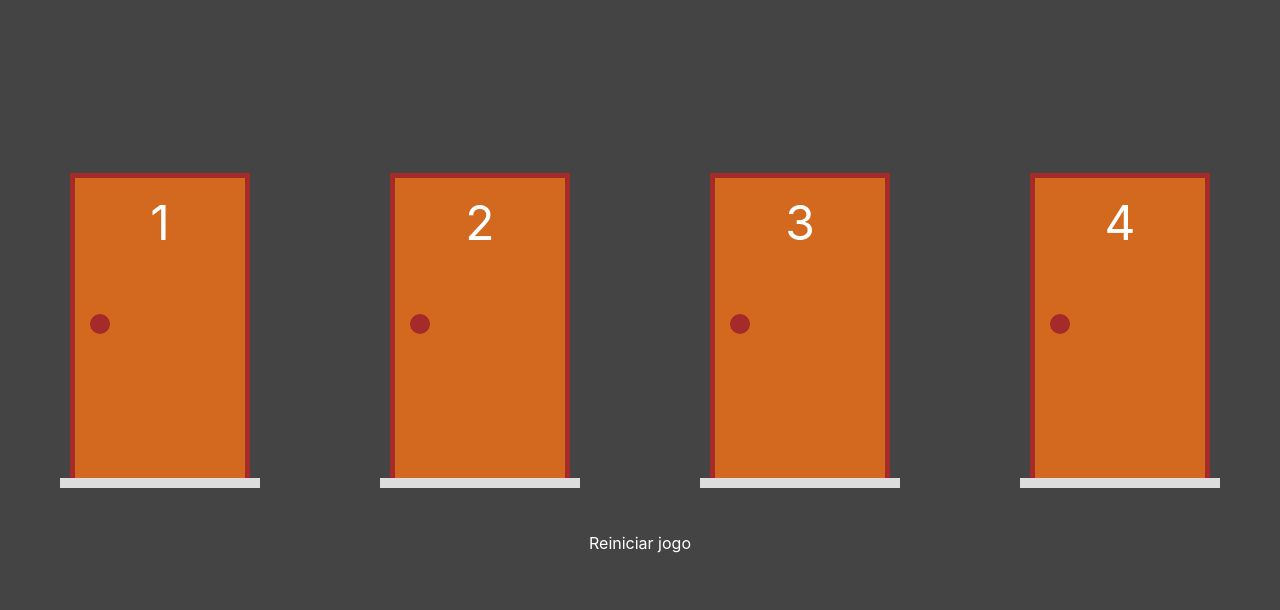
Repository: Mira757/Projeto-Porta-Premiada
Page: /jogo
The author's editor kept a copy of each file at every save. The page is drawn from the files as they stood at one save, then again after the next save.
The browser window is 1280 px wide. The pictures show the whole page.
The project was rebuilt for these pictures with package versions that can differ from the ones it lists, and the page was loaded fresh each time. The framework's server and built-in components were replaced by stand-ins that run in the browser. Also part of the build but not shown: next.config.js, styles/Presente.module.css, components/Presente.jsx.

Above is the page before, as saved 2022-03-22 17:10:36.

After the next save:
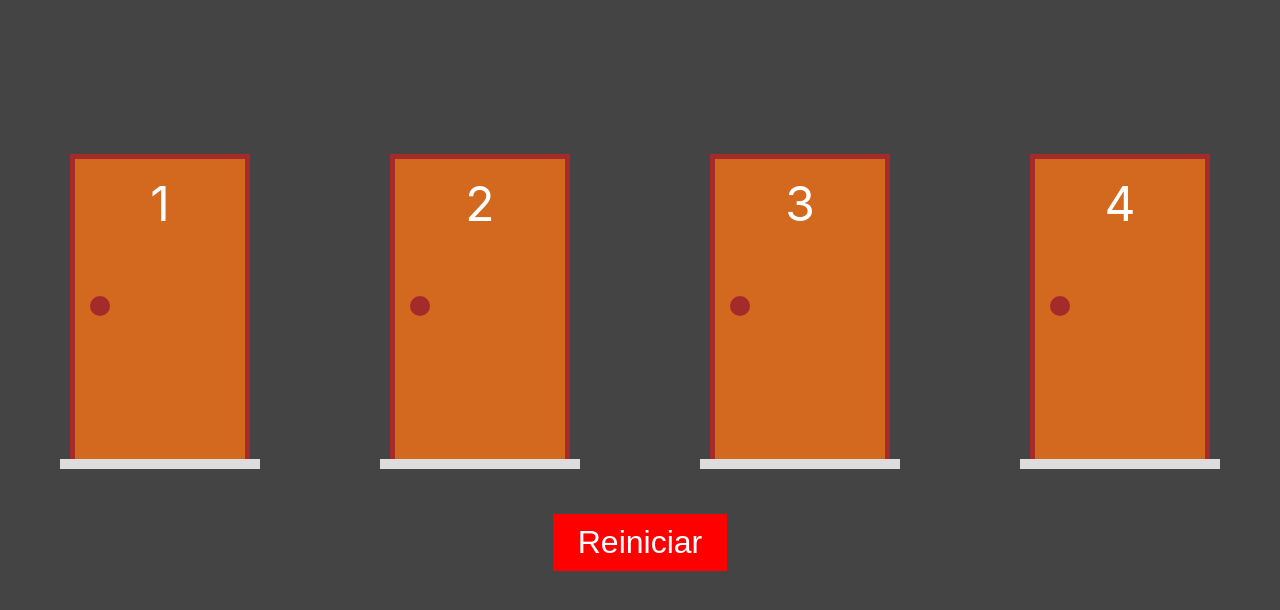
Saved 1 s later.
--- a/pages/jogo.tsx
+++ b/pages/jogo.tsx
@@ -20,7 +20,7 @@ export default function jogo () {
       </div>
       <div className={styles.botoes}>
         <Link href={"/"}>
-          Reiniciar jogo
+          <button>Reiniciar</button>
         </Link>
       </div>
     </div>
